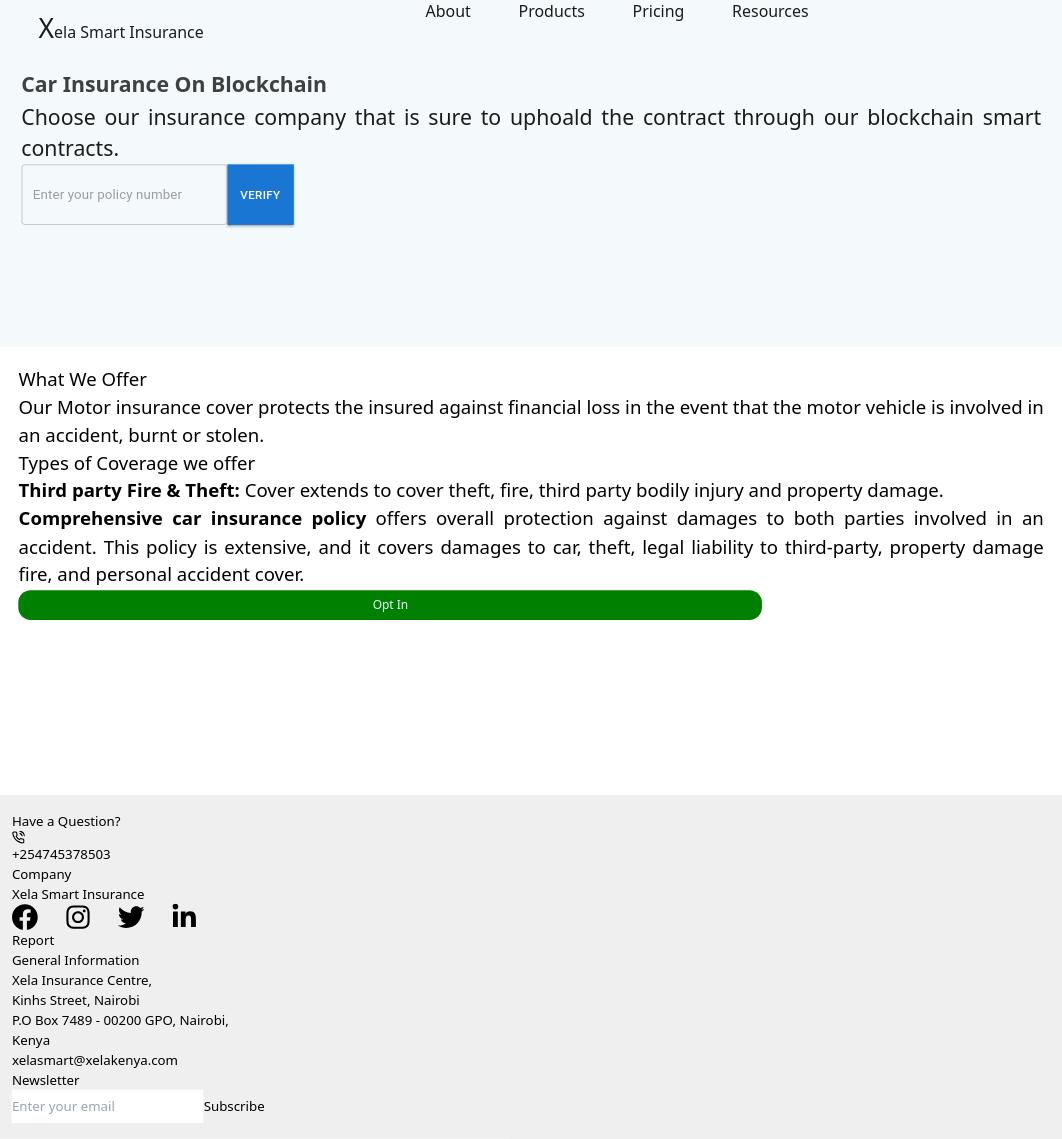
Repository: ALVIN-OBONYO/Xela-smart_insuarance
Page: / (app in frontend/)
These files come from the project's save history. The page is drawn as it stood at one moment and after the next save; the edit follows.
The browser window is 1280 px wide. The pictures show the whole page, at 83% of full size.
The project was rebuilt for these pictures with package versions that can differ from the ones it lists, and the page was loaded fresh each time. Also part of the build but not shown: frontend/src/Components/Cards.jsx, frontend/src/Pages/Policies.jsx, frontend/src/Components/Calendar.css, frontend/src/Components/Calendar.jsx, frontend/src/Components/Input.js, frontend/src/Components/Upload.css, frontend/src/Components/Upload.js, frontend/src/Pages/ReportForm.jsx and 3 more.

Above is the page before, as saved 2022-10-03 09:54:50.

After the next save:
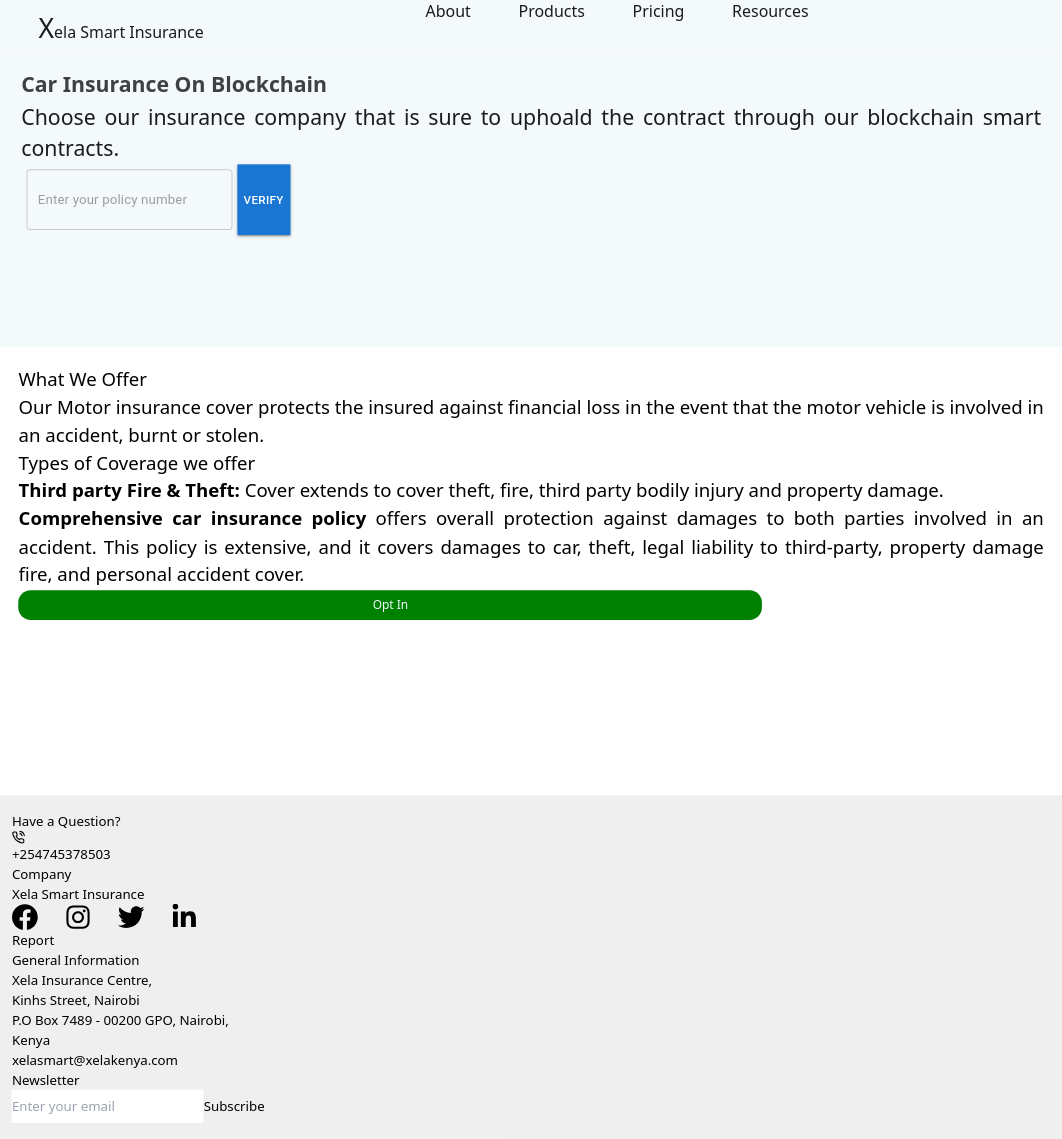
Saved 111 s later.
--- a/frontend/src/Pages/Entrypage.jsx
+++ b/frontend/src/Pages/Entrypage.jsx
@@ -78,16 +78,18 @@ const Entrypage = () => {
             <h1 id="top-h3">Car Insurance On Blockchain</h1>
             <p id="top-pg">Choose our insurance company that is sure to uphoald the contract through our blockchain smart contracts.</p>
             <div id="policy-sec">
-                <FormGroup row sx={{
-                    borderRadius: 0
-                }}>
+                <FormGroup row >
                <TextField
                 variant="outlined"
                 placeholder='Enter your policy number'
-
+                sx={{
+                    borderRadius: 0,
+                    padding: "6px"
+                }}
                 />
                 <Button variant="contained" sx={{
-                    borderRadius: 0
+                    borderRadius: 0,
+                    padding: "6px"
                 }}>Verify</Button>
                     </FormGroup>
 
